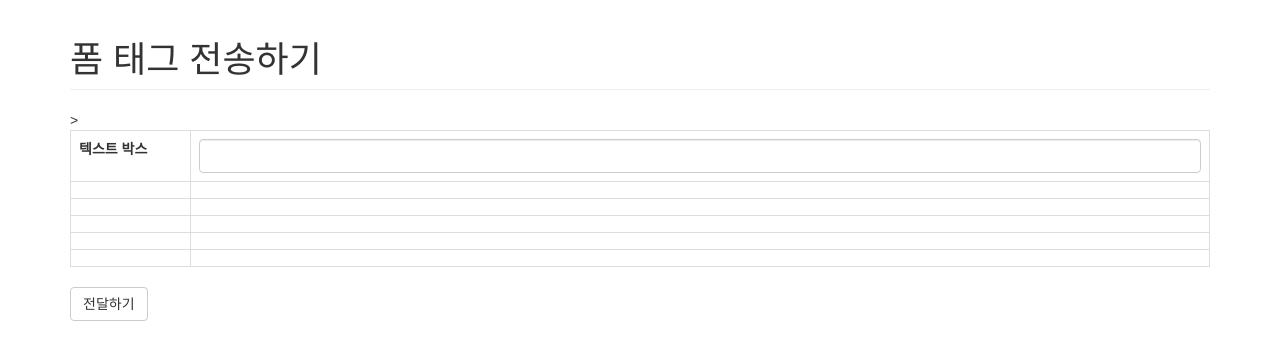
Repository: kimgyuseok/Server
Page: http://localhost/JSPTest/ex04.jsp
These files come from the project's save history. The page is drawn as it stood at one moment and after the next save; the edit follows.
The browser window is 1280 px wide. The pictures show the whole page.
The page is served by Tomcat 9.

Above is the page before, as saved 2022-01-06 03:43:44.

### JSPTest/src/main/webapp/ex04.jsp

<%@ page language="java" contentType="text/html; charset=UTF-8"
    pageEncoding="UTF-8"%>

<!DOCTYPE html>
<html>
<head>
<meta charset="UTF-8">
<title>Insert title here</title>
<%@ include file="/inc/asset.jsp" %>
<style>
	table { width:600px; }
	th { width: 120px; }
</style>
</head>
<body>

	<div class="container">

		<h1 class="page-header">폼 태그 전송하기</h1>
		<form method="POST" action="/jsp/ex04ok.jsp">>
		<table class="table table-bordered">
			<tr>
				<th>텍스트 박스</th>
				<td><input type="text" name="txt1" class="form-control"></td>
			</tr>
			<tr>
				<th></th>
				<td></td>
			</tr>
			<tr>
				<th></th>
				<td></td>
			</tr>
			<tr>
				<th></th>
				<td></td>
			</tr>
			<tr>
				<th></th>
				<td></td>
			</tr>
			<tr>
				<th></th>
				<td></td>
			</tr>
		</table>

		<input type="submit" value="전달하기" class="btn btn-default">
		</form>
	</div>


</body>
</html>

### JSPTest/src/main/webapp/inc/asset.jsp
<%@ page language="java" contentType="text/html; charset=UTF-8"
    pageEncoding="UTF-8"%>
<!-- asset.jsp -->

<link rel="stylesheet" href="/jsp/asset/css/bootstrap.css">

<script src="/jsp/asset/js/jquery-1.12.4.js"></script>
<script src="/jsp/asset/js/bootstrap.js"></script>

Loaded but not shown: JSPTest/src/main/webapp/asset/css/bootstrap.css (library); JSPTest/src/main/webapp/asset/js/jquery-1.12.4.js (library); JSPTest/src/main/webapp/asset/js/bootstrap.js (library)

After the next save:
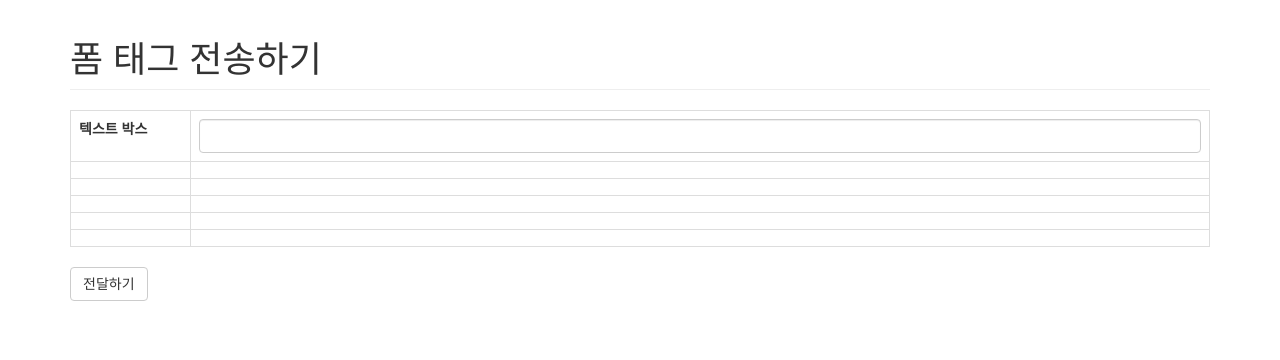
Saved 14 s later.
--- a/JSPTest/src/main/webapp/ex04.jsp
+++ b/JSPTest/src/main/webapp/ex04.jsp
@@ -18,7 +18,7 @@
 	<div class="container">
 
 		<h1 class="page-header">폼 태그 전송하기</h1>
-		<form method="POST" action="/jsp/ex04ok.jsp">>
+		<form method="POST" action="/jsp/ex04ok.jsp">
 		<table class="table table-bordered">
 			<tr>
 				<th>텍스트 박스</th>
